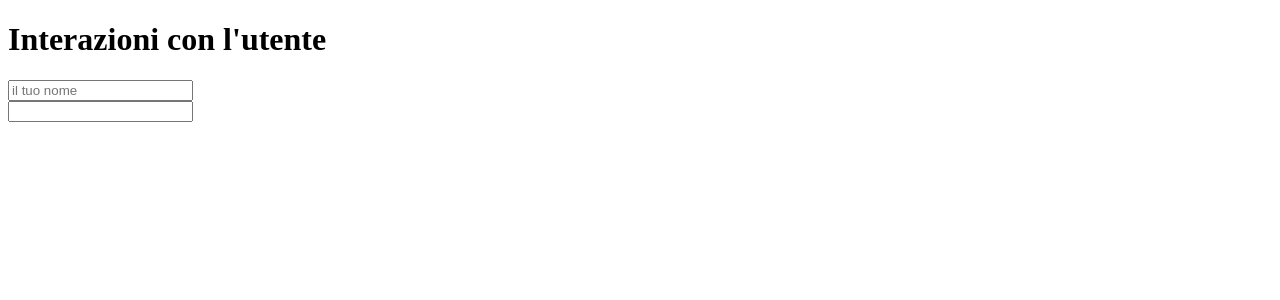
Repository: daniells-21/Pre-Corso-Ch2
Page: Pre-Corso.Ch2/index.html
The author's editor kept a copy of each file at every save. The page is drawn from the files as they stood at one save, then again after the next save.
The browser window is 1280 px wide. The pictures show the whole page.

Above is the page before, as saved 2023-04-12 12:34:19.

### Pre-Corso.Ch2/index.html
<!DOCTYPE html>
<html lang="en">
<head>
    <meta charset="UTF-8">
    <meta http-equiv="X-UA-Compatible" content="IE=edge">
    <meta name="viewport" content="width=device-width, initial-scale=1.0">
    <title>Form e input fields</title>
</head>
<body>
    <h1>Interazioni con l'utente</h1>
<div>
    <input type="text" placeholder="il tuo nome"/>
</div>
<div>
    <input type="text"
</div>
</body>
</html>

After the next save:
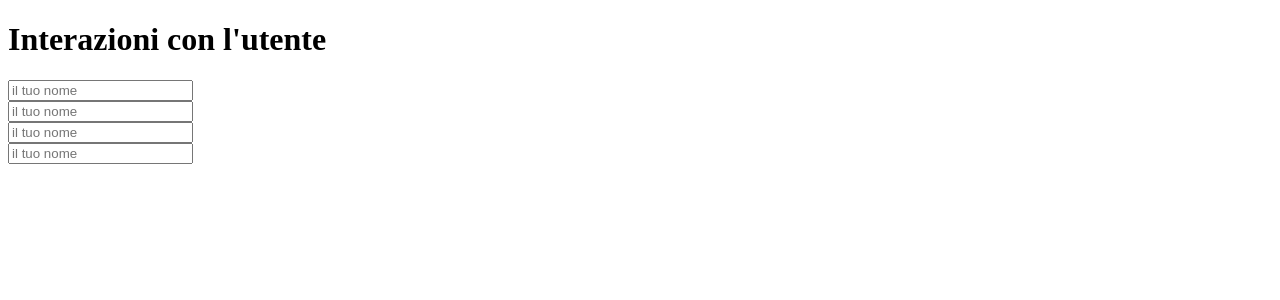
Saved 43 s later.
--- a/Pre-Corso.Ch2/index.html
+++ b/Pre-Corso.Ch2/index.html
@@ -12,7 +12,13 @@
     <input type="text" placeholder="il tuo nome"/>
 </div>
 <div>
-    <input type="text"
+    <input type="text" placeholder="il tuo nome"/>
+</div>
+<div>
+    <input type="text" placeholder="il tuo nome"/>
+</div>
+<div>
+    <input type="text" placeholder="il tuo nome"/>
 </div>
 </body>
 </html>
